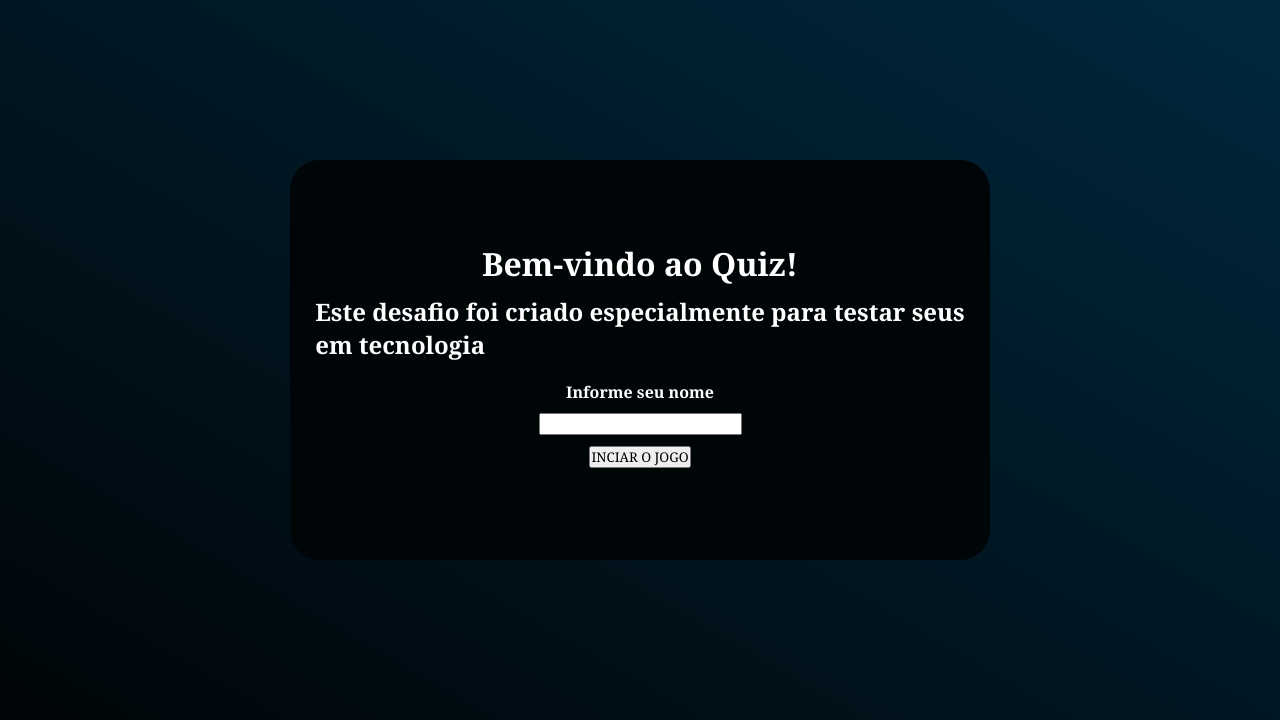
Repository: LaisSilvaO/Projeto-Quizz
Page: telas/apresentação.html
The author's editor kept a copy of each file at every save. The page is drawn from the files as they stood at one save, then again after the next save.
The browser window is 1280 px wide. The pictures show the whole page.

Above is the page before, as saved 2024-12-25 21:40:53.

After the next save:
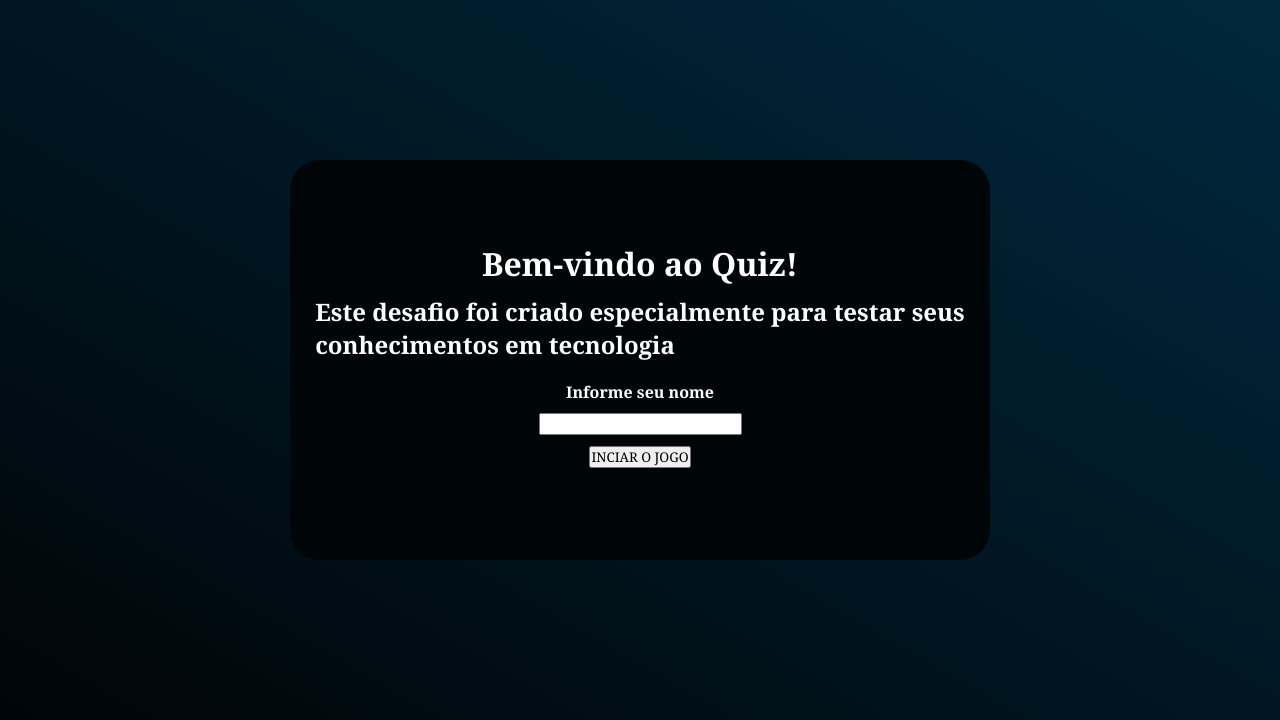
Saved 15 s later.
--- a/telas/apresentação.html
+++ b/telas/apresentação.html
@@ -14,7 +14,7 @@
 
             <h1> Bem-vindo ao Quiz!</h1>
 
-            <h2>Este desafio foi criado especialmente para testar seus <br> em tecnologia</h2>
+            <h2>Este desafio foi criado especialmente para testar seus <br> conhecimentos em tecnologia</h2>
             </h2>
             <h4>Informe seu nome </h4>
             <input type="text" id="nome">
